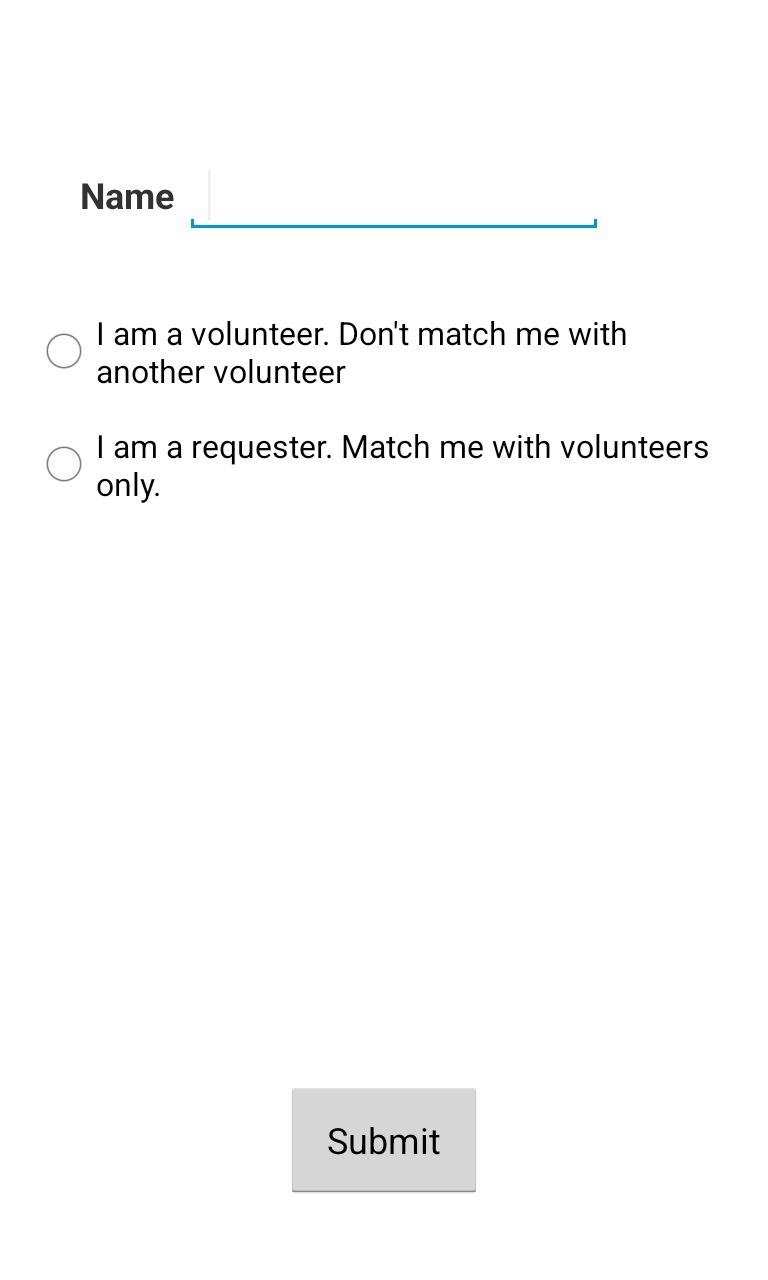
Repository: rwillmot/CS180-SafeWalk-Phase2
Layout: SafeWalkAndroidClient/res/layout/client_fragment_layout.xml
An editor plug-in stored every save of this project. The layout is shown before and after the next save, followed by the edit.
It is drawn on a 768 x 1280 px phone screen (xhdpi) without system bars, with theme AppTheme; the app's code is not run.

Above is the layout before, as saved 2014-12-02 21:29:08.

After the next save:
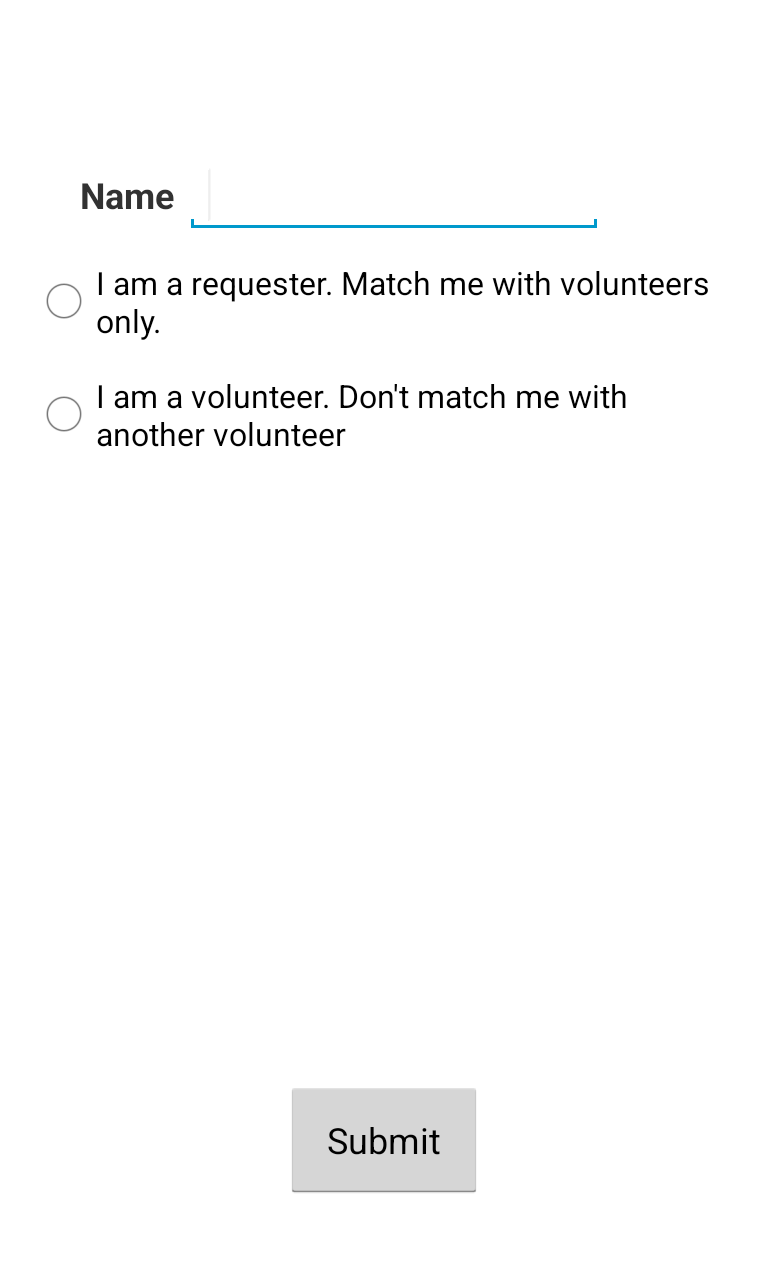
Saved 2 min 50 s later.
--- a/SafeWalkAndroidClient/res/layout/client_fragment_layout.xml
+++ b/SafeWalkAndroidClient/res/layout/client_fragment_layout.xml
@@ -54,7 +54,7 @@
         android:textStyle="bold" />
 
     <RadioGroup
-        xmlns:android="http://schemas.android.com/apk/res/android"
+
         android:id="@+id/radioGroup1"
         android:layout_width="fill_parent"
         android:layout_height="wrap_content"
@@ -62,22 +62,22 @@
     </RadioGroup>
 
     <RadioButton
-        android:id="@+id/radio_ninjas"
+        android:id="@+id/radio_requester"
         android:layout_width="wrap_content"
         android:layout_height="wrap_content"
         android:layout_alignParentRight="true"
-        android:layout_below="@+id/radio_pirates"
+        android:layout_below="@+id/et_name"
         android:layout_marginTop="16dp"
         android:onClick="onRadioButtonClicked"
         android:text="I am a requester. Match me with volunteers only." />
 
     <RadioButton
-        android:id="@+id/radio_pirates"
+        android:id="@+id/radio_volunteer"
         android:layout_width="wrap_content"
         android:layout_height="wrap_content"
-        android:layout_alignLeft="@+id/radio_ninjas"
-        android:layout_below="@+id/tv_name"
-        android:layout_marginTop="38dp"
+        android:layout_alignLeft="@+id/radio_requester"
+        android:layout_below="@+id/radio_requester"
+        android:layout_marginTop="16dp"
         android:onClick="onRadioButtonClicked"
         android:text="I am a volunteer. Don&apos;t match me with another volunteer" />
 
